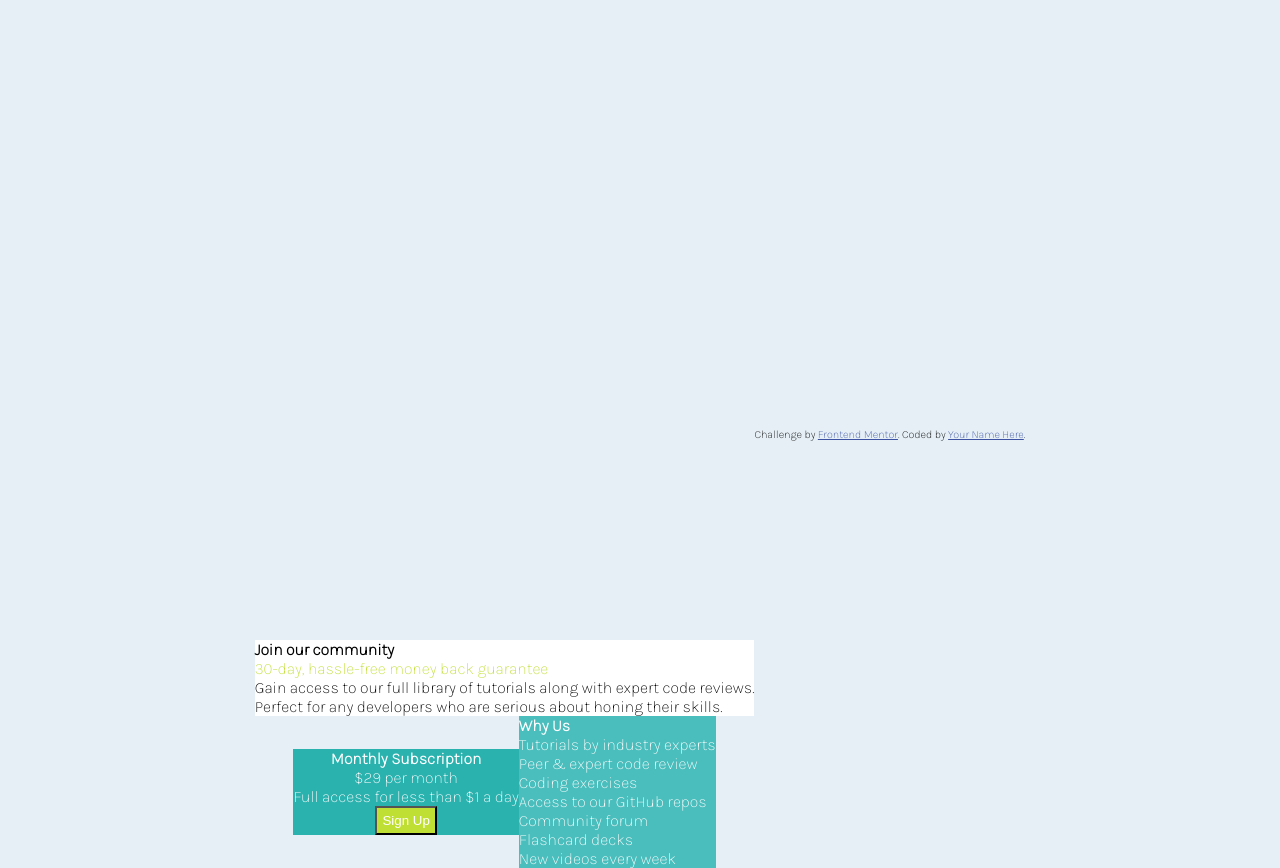
Repository: jminervino/PriceGridComponent
Page: index.html
The author's editor kept a copy of each file at every save. The page is drawn from the files as they stood at one save, then again after the next save.
The browser window is 1280 px wide. The pictures show the whole page.

Above is the page before, as saved 2022-02-05 23:25:50.

After the next save:
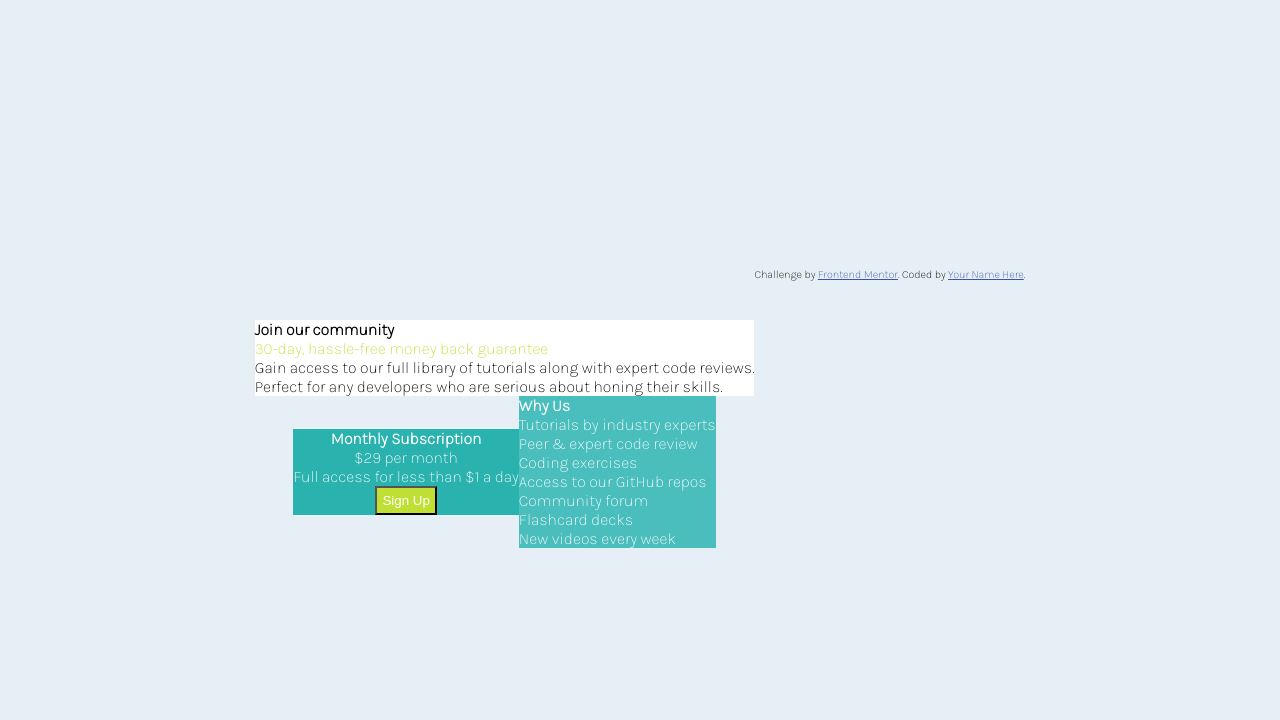
Saved 5 s later.
--- a/style.css
+++ b/style.css
@@ -26,7 +26,7 @@
     align-items: center;
     justify-content: center;
     flex-direction: column;
-    margin-top: 50%;
+    margin-top: 25%;
 }
 
 .main-line {
